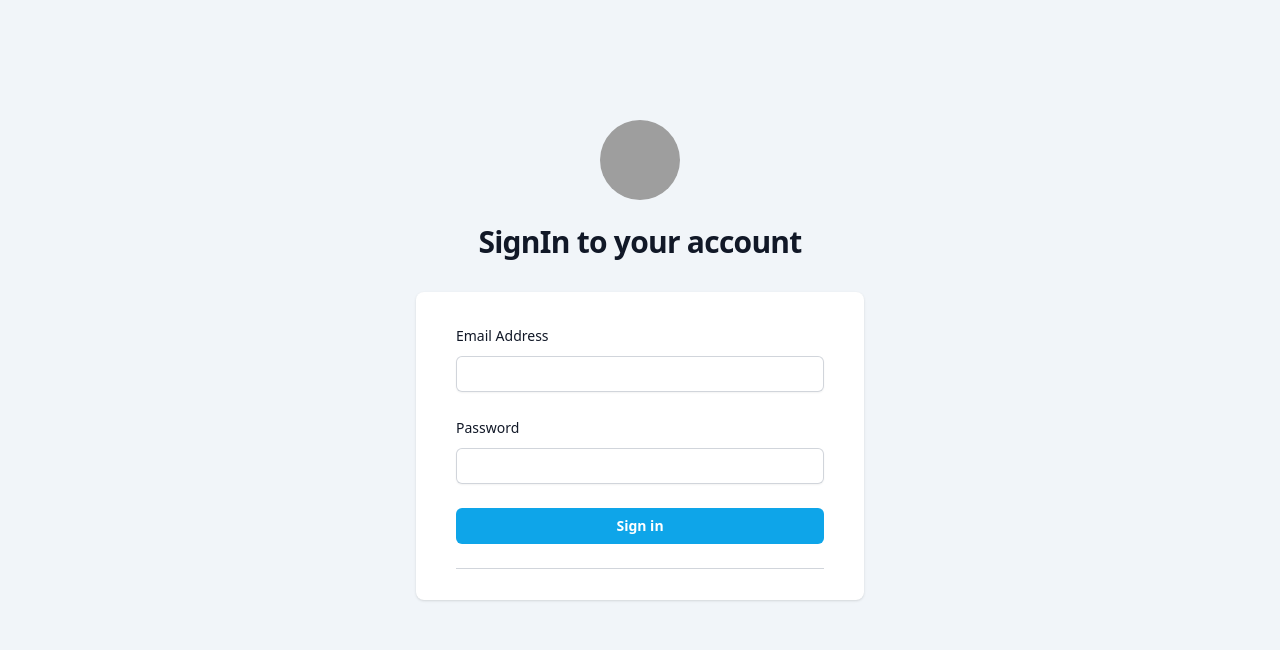
Repository: zecht12/zechtchat
Page: /
These files come from the project's save history. The page is drawn as it stood at one moment and after a run of saves; the edit follows.
The browser window is 1280 px wide. The pictures show the whole page.
Pictures or frames that could not be fetched are drawn as grey boxes. The page's requests for data from a server got no answer. The project was rebuilt for these pictures with package versions that can differ from the ones it lists, and the page was loaded fresh each time. The framework's server and built-in components were replaced by stand-ins that run in the browser. No one was signed in, and anything a server would have sent is missing. Also part of the build but not shown: next.config.js.

Above is the page before, as saved 2023-05-15 10:49:53.

### app/layout.tsx
import './globals.css'
import AuthContext from './context/AuthContext'

export const metadata = {
  title: 'ZechtChat',
  description: 'ZechtChat',
}

export default function RootLayout({
  children,
}: {
  children: React.ReactNode
}) {
  return (
    <html lang="en">
      <body>
        <AuthContext>
          {children}
        </AuthContext>
      </body>
    </html>
  )
}

### app/(site)/page.tsx
import Image from "next/image";
import Link from "next/link";
import { AuthForm } from "./components/AuthForm";

export default function Home() {
  return (
    <div className="flex min-h-full bg-slate-100 flex-col justify-center py-12 sm:px-6 lg:px-8">
      <div className="sm:mx-auto sm:w-full sm:max-w-md">
        <Link href="/">
          <Image src="/assets/logo.png" alt="logo" width={100} height={100} className="rounded-full w-[80px] mx-auto h-[80px] cursor-pointer hover:scale-110 " />
          <h2 className="mt-6 text-center font-bold text-3xl tracking-tight text-gray-900">
            SignIn to your account
          </h2>
        </Link>
      </div>
      <AuthForm/>
    </div>
  )
}

### app/globals.css
@tailwind base;
@tailwind components;
@tailwind utilities;

html,body,:root{
  height: 100%;
}

### app/context/AuthContext.tsx
"use client";

import { SessionProvider } from "next-auth/react";

export interface AuthContextProps {
    children: React.ReactNode;
}

export default function AuthContext({
    children
}: AuthContextProps) {
    return <SessionProvider>{children}</SessionProvider>;
}

### app/(site)/components/AuthForm.tsx
'use client';

import { signIn, useSession } from 'next-auth/react'
import { useRouter } from 'next/router';
import { FieldValues, SubmitHandler, useForm } from 'react-hook-form';
import React, { useCallback, useEffect, useState } from 'react'
import axios from 'axios';
import { toast } from "react-hot-toast";
import Input from '@/app/components/inputs/Input';
import Button from '@/app/components/Button';

type Variant = 'LOGIN' | 'REGISTER';

export const AuthForm = () => {
    const session = useSession();
    const router = useRouter();
    const [variant, setVariant] = useState<Variant>('LOGIN');
    const [isLoading, setIsLoading] = useState(false);

    useEffect(() => {
        if (session?.status === 'authenticated') {
            router.push('/conversations')
        }
    }, [session?.status, router]);

    const toggleVariant = useCallback(() => {
        if (variant === 'LOGIN') {
            setVariant('REGISTER');
        } else {
            setVariant('LOGIN');
        }
    }, [variant]);

        const {register,handleSubmit,formState: {errors,}} = useForm<FieldValues>({
            defaultValues: {
                name: '',
                email: '',
                password: ''
            }
        });

        const onSubmit: SubmitHandler<FieldValues> = (data) => {
            setIsLoading(true);
            if (variant === 'REGISTER') {
            axios.post('/api/register', data)
            .then(() => signIn('credentials', {
                ...data,
                redirect: false,
            }))
            .then((callback) => {
                if (callback?.error) {
                toast.error('Invalid credentials!');
                }
                if (callback?.ok) {
                router.push('/conversations')
                }
            })
            .catch(() => toast.error('Something went wrong!'))
            .finally(() => setIsLoading(false))
            }
            if (variant === 'LOGIN') {
            signIn('credentials', {
                ...data,
                redirect: false
            })
            .then((callback) => {
                if (callback?.error) {
                toast.error('Invalid credentials!');
                }
                if (callback?.ok) {
                router.push('/conversations')
                }
            })
            .finally(() => setIsLoading(false))
            }
        }

        const socialAction = (action: string) => {
            setIsLoading(true);
            signIn(action, { redirect: false })
            .then((callback) => {
                if (callback?.error) {
                toast.error('Invalid credentials!');
                }
                if (callback?.ok) {
                router.push('/conversations')
                }
            })
            .finally(() => setIsLoading(false));
        }

    return (
        <div className='mt-8 sm:mx-auto sm:w-full sm:max-w-md'>
            <div className='bg-white px-4 py-8 shadow sm:rounded-lg sm:px-10'>
                <form className='space-y-6' onSubmit={handleSubmit(onSubmit)}>
                    {variant === 'REGISTER' && (
                        <Input id='name' label='Name' register={register} errors={errors} />
                    )}
                    <Input id='email' label='Email Address' register={register} errors={errors} />
                    <Input id='password' label='Password' register={register} errors={errors} />
                    <div>
                        <Button disabled={isLoading} fullWidth type="submit">
                            {variant === 'LOGIN' ? 'Sign in' : 'Register'}
                        </Button>
                    </div>
                </form>
                <div className='mt-6'>
                    <div className='relative'>
                        <div className='absolute inset-0 flex items-center'>
                            <div className='w-full border-t border-gray-300'/>
                        </div>
                        <div className='relative flex justify-center text-sm'>
                            <span className='bg-white px-2 text-gray-500'>

                            </span>
                        </div>
                    </div>
                </div>
            </div>
        </div>
    )
}

### app/components/inputs/Input.tsx
'use client';

import clsx from "clsx";
import { FieldErrors, FieldValues, UseFormRegister } from "react-hook-form";

interface InputProps {
    label: string;
    id: string;
    type?: string;
    required?: boolean;
    register: UseFormRegister<FieldValues>,
    errors: FieldErrors
    disabled?: boolean;
}

const Input: React.FC<InputProps> = ({label,id,register,required,errors,type = 'text',disabled,}) => {
    return (
        <div>
            <label htmlFor={id} className="block text-sm font-medium leading-6 text-gray-900">
                {label}
            </label>
            <div className="mt-2">
                <input id={id} type={type} autoComplete={id}disabled={disabled} {...register(id, { required })}className={clsx(`form-input block w-full rounded-md border-0 py-1.5 text-gray-900 shadow-sm ring-1 ring-inset ring-gray-300 placeholder:text-gray-400 focus:ring-2 focus:ring-inset focus:ring-sky-600 sm:text-sm sm:leading-6`, errors[id] && 'focus:ring-rose-500', disabled && 'opacity-50 cursor-default')}/>
            </div>
        </div>
    );
}

export default Input;

### app/components/Button.tsx
import clsx from "clsx";

interface ButtonProps {
    type?: "button" | "submit" | "reset" | undefined;
    fullWidth?: boolean;
    children?: React.ReactNode;
    onClick?: () => void;
    secondary?: boolean;
    danger?: boolean;
    disabled?: boolean;
}

const Button: React.FC<ButtonProps> = ({type = "button",fullWidth,children,onClick,secondary,danger,disabled,}) => {
    return (
        <button onClick={onClick} type={type} disabled={disabled} className={clsx(`flex justify-center rounded-md px-3 py-2 text-sm font-semibold focus-visible:outline focus-visible:outline-2 focus-visible:outline-offset-2 `,disabled && 'opacity-50 cursor-default',fullWidth && 'w-full',secondary ? 'text-gray-900' : 'text-white',danger && 'bg-rose-500 hover:bg-rose-600 focus-visible:outline-rose-600',!secondary && !danger && 'bg-sky-500 hover:bg-sky-600 focus-visible:outline-sky-600')}>
            {children}
        </button>
    );
}

export default Button;

### tailwind.config.js
/** @type {import('tailwindcss').Config} */
module.exports = {
  content: [
    './pages/**/*.{js,ts,jsx,tsx,mdx}',
    './components/**/*.{js,ts,jsx,tsx,mdx}',
    './app/**/*.{js,ts,jsx,tsx,mdx}',
  ],
  theme: {
    extend: {},
  },
  plugins: [
    require("@tailwindcss/forms")({
      strategy: 'class'
    })
  ],
}

Loaded but not shown: app/(site)/layout.tsx (common file)

After the next 2 saves:
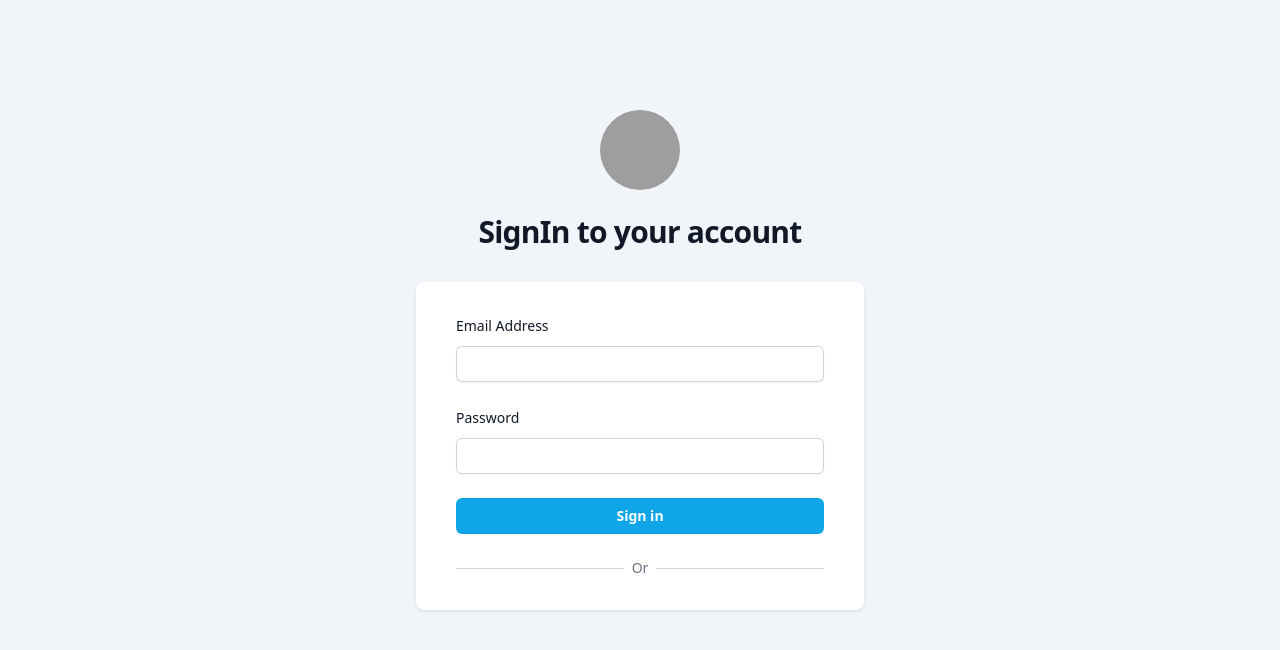
The 2 saves are shown as one change because they came seconds apart.
The last was saved 70 s later.
--- a/app/(site)/components/AuthForm.tsx
+++ b/app/(site)/components/AuthForm.tsx
@@ -111,7 +111,7 @@ export const AuthForm = () => {
                         </div>
                         <div className='relative flex justify-center text-sm'>
                             <span className='bg-white px-2 text-gray-500'>
-
+                                Or
                             </span>
                         </div>
                     </div>
